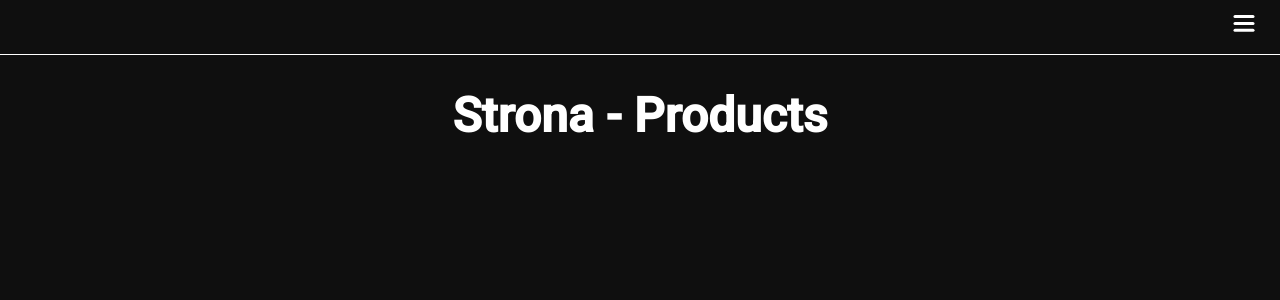
Repository: KrzysKolo/sr_tydzien5_zad3
Page: /Products
The author's editor kept a copy of each file at every save. The page is drawn from the files as they stood at one save, then again after the next save.
The browser window is 1280 px wide. The pictures show the whole page.
The project was rebuilt for these pictures with package versions that can differ from the ones it lists, and the page was loaded fresh each time. Also part of the build but not shown: src/components/pages/Home.js, src/components/pages/Contact.js, src/components/pages/About.js.

Above is the page before, as saved 2020-12-31 12:43:13.

After the next save:
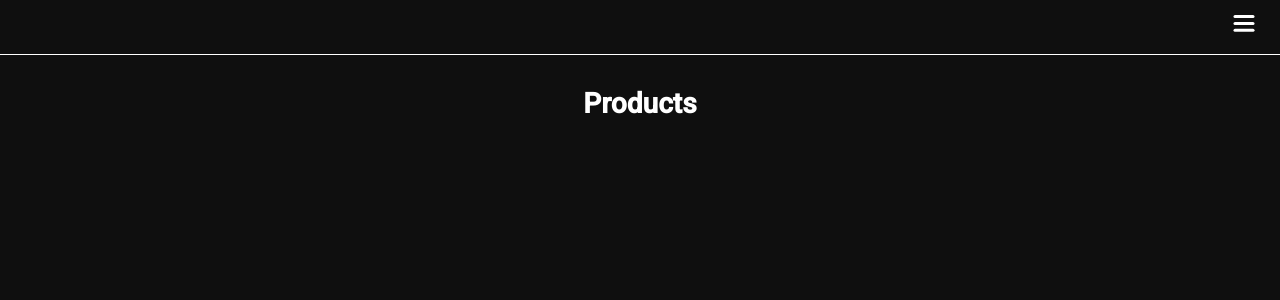
Saved 9 s later.
--- a/src/components/pages/Products.js
+++ b/src/components/pages/Products.js
@@ -3,7 +3,7 @@ import React from 'react';
 const Products = () => {
     return (
         <>
-            <h1>Strona - Products</h1>
+            <h3>Products</h3>
         </>
     )
 }
